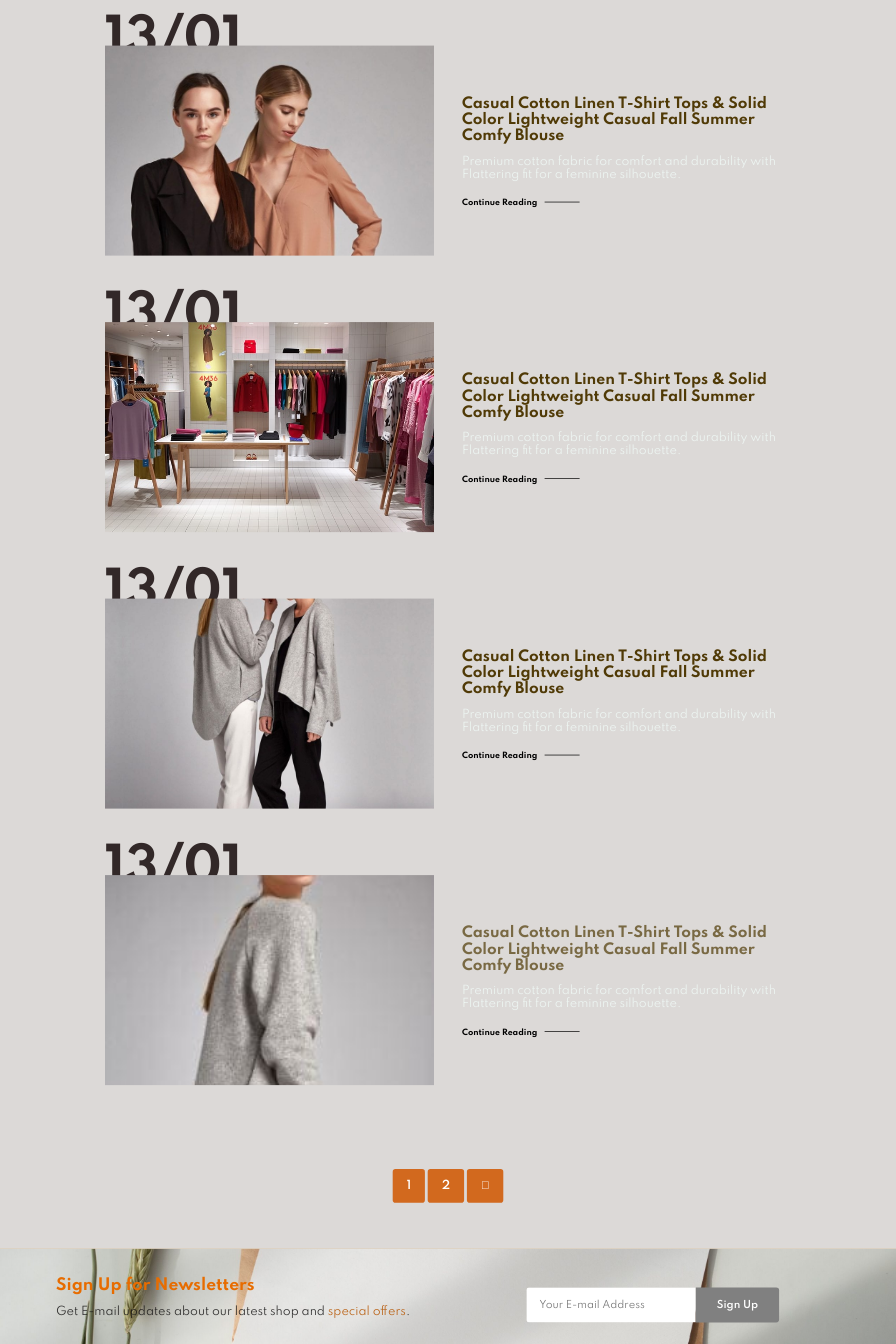
Repository: JhananiNallasamy/ECommerce-website-deployment
Page: blog.html
An editor plug-in stored every save of this project. The page is shown before and after a run of saves, followed by the edit.
The browser window is 1280 px wide. The pictures show the part of the page from y = 913 to 2833 px (the page is 3598 px tall), at 70% of full size.
Some web libraries are served in a nearby version.

Above is the page before, as saved 2024-05-05 10:36:20.

After the next 2 saves:
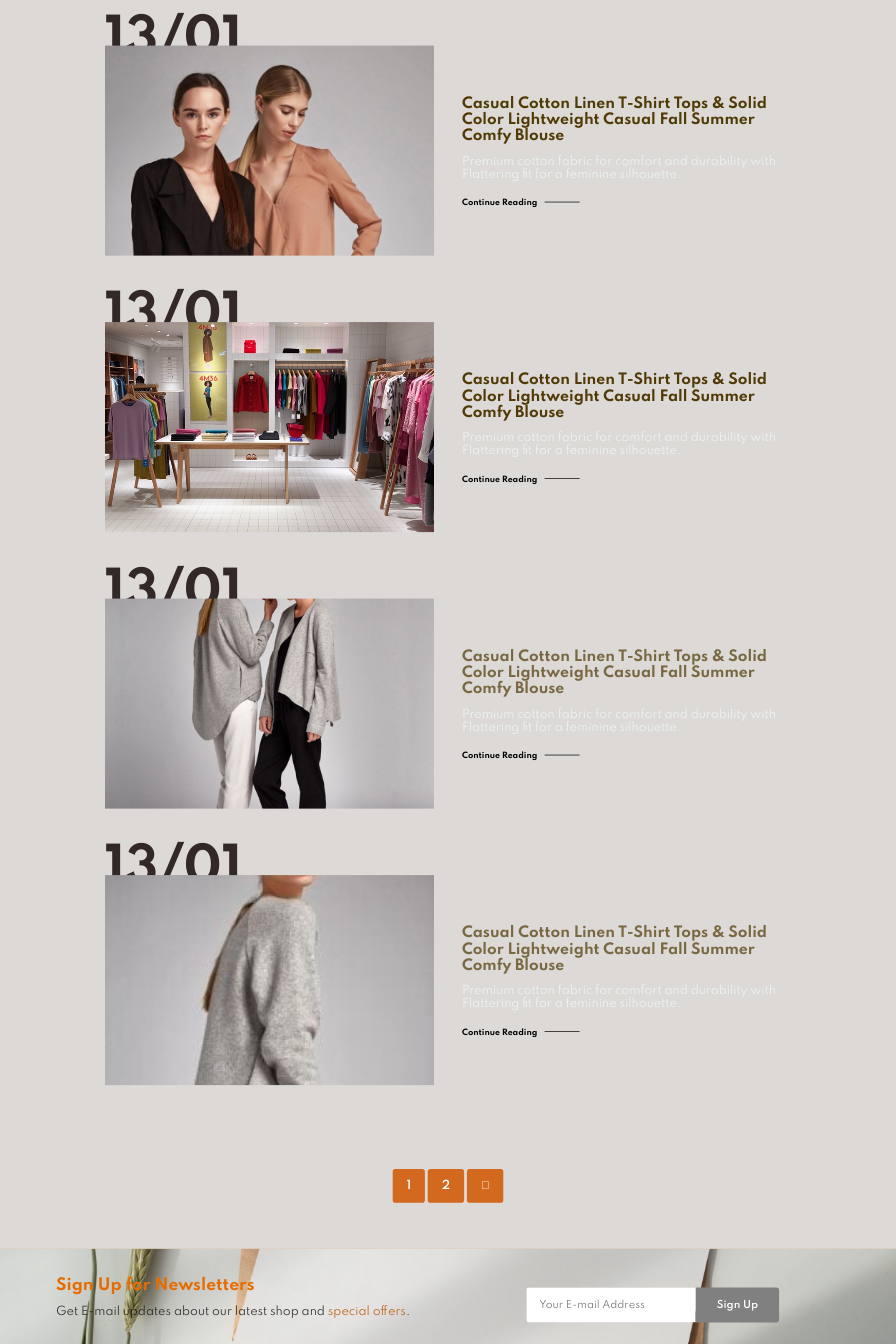
The 2 saves are shown as one change because they came seconds apart.
The last was saved 32 s later.
--- a/blog.html
+++ b/blog.html
@@ -76,7 +76,7 @@
                 <img src="img/blog/b4.jpg" alt="b4 in blog">
             </div>
             <div class="blog-details">
-            <h4 style="color: #503a06;"> Casual Cotton Linen T-Shirt Tops & Solid Color Lightweight Casual Fall Summer Comfy Blouse </h4>
+            <h4 style="color: #503a06b4;"> Casual Cotton Linen T-Shirt Tops & Solid Color Lightweight Casual Fall Summer Comfy Blouse </h4>
             <p>Premium cotton fabric for comfort and durability with Flattering fit for a feminine silhouette.</p>
             <a href="#"> Continue Reading </a>
             </div>
